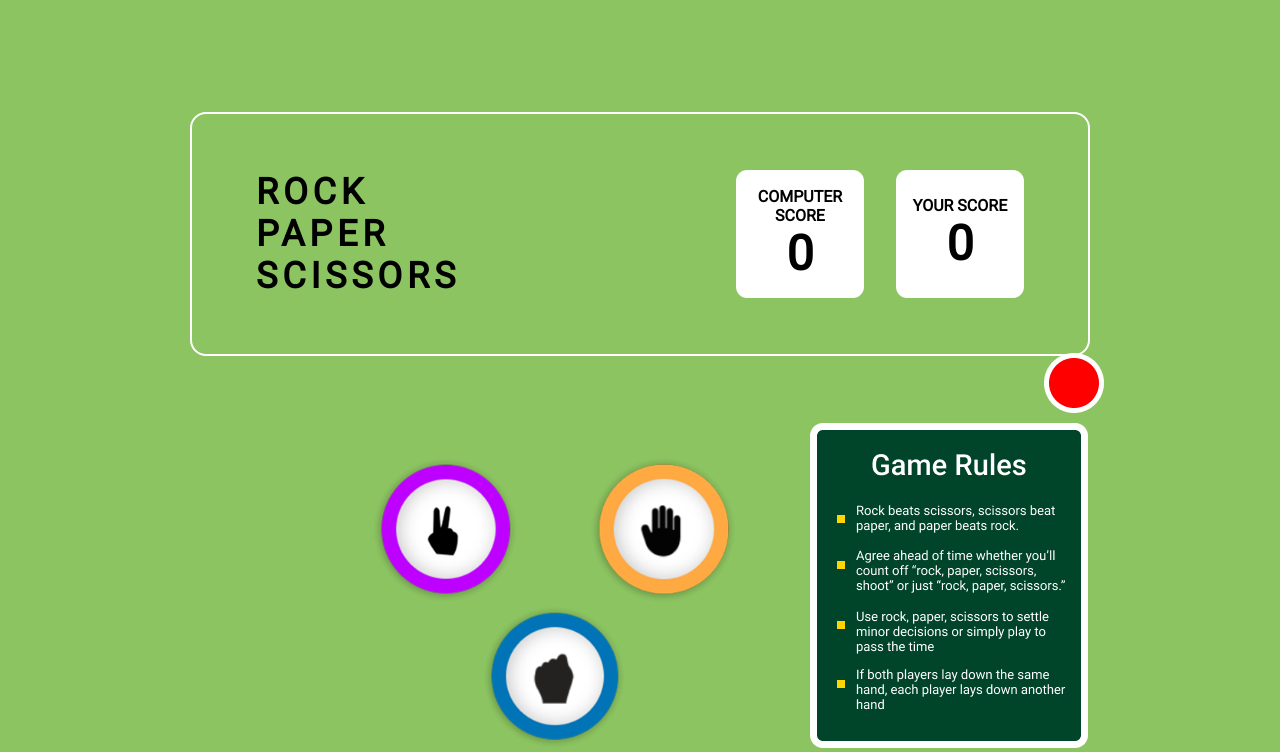
Repository: drumsmanku/Major-module-project-1
Page: index.html
An editor plug-in stored every save of this project. The page is shown before and after the next save, followed by the edit.
The browser window is 1280 px wide. The pictures show the whole page.

Above is the page before, as saved 2023-04-27 13:55:11.

### index.html
<!DOCTYPE html>
<html lang="en">
<head>
  <meta charset="UTF-8">
  <meta http-equiv="X-UA-Compatible" content="IE=edge">
  <meta name="viewport" content="width=device-width, initial-scale=1.0">
  <link rel="stylesheet" href="styles.css">
  <title>Module Project 1 </title>
</head>
<body>
  <div class="main-container">
    <div class="first-container">
      <div class="text">
        <h1>ROCK PAPER SCISSORS</h1>
      </div>
      <div class="two-boxes">
        <div class="computer-score">
          <h4>COMPUTER SCORE</h4>
          <h1>0</h1>
        </div>
        <div class="your-score">
          <h4>YOUR SCORE</h4>
          <h1>0</h1>
        </div>
      </div>

    </div>

    <div class="second-main-container">
      <div class="second-first-main-container">
        <div class="two-buttons">
          <button class="btn-2"><img src="2.png" alt=""></button>
          <button class="btn-3"><img src="3.png" alt=""></button>
        </div>
        <button class="btn-1"> <img src="1.png" alt=""></button>
      </div>
      <div class="second-second-main-container">
        <div class="img-container">
          <img src="4.png" alt="">
          <button><img src="x.png" alt=""></button>
        </div>

      </div>
    </div>
  </div>

  <script src="script.js"></script>
</body>
</html>

### styles.css
@import url('https://fonts.googleapis.com/css2?family=Roboto&display=swap');

*{
  padding: 0;
  margin: 0;
}

body{
  background-color: #8CC461;
}
.main-container{
  display: flex;
  flex-direction: column;
  align-items: center;
}
.first-container{
  height: 7rem;
  width: 60vw;
  border: 2px solid white;
  background: none;
  border-radius: 1rem;
  padding: 4rem;
  display: flex;
  flex-direction: row;
  align-items: center;
  justify-content: space-between;
  margin-top: 7rem;
}
.text{
  height: inherit;
  width: 20%;
  display: flex;
  flex-wrap: wrap;
  flex-direction: column;
  font-family: 'Roboto';
  letter-spacing: 0.3rem;
  font-size: large;
  justify-content: center;
  align-items: center;
}

.computer-score{
  display: flex;
  flex-direction: column;
  height: 8rem;
  width: 8rem;
  flex-wrap: wrap;
  font-family: 'Roboto';
  justify-content: center;
  align-items: center;
  background-color: white;
  text-align: center;
  border-radius: 0.7rem;
}
.computer-score>h1{
  font-weight: 800;
  font-size: 3rem;
}
.your-score{
  display: flex;
  flex-direction: column;
  height: 8rem;
  width: 8rem;
  flex-wrap: wrap;
  font-family: 'Roboto';
  justify-content: center;
  align-items: center;
  background-color: white;
  text-align: center;
  border-radius: 0.7rem;
  margin-left: 2rem;
}
.your-score>h1{
  font-weight: 800;
  font-size: 3rem;
}
.two-boxes{
  display: flex;
  flex-direction: row;
  justify-content: space-between;
}
.second-main-container{
  display: flex;
  flex-direction: row;
  justify-content: flex-end;
  width: 100vw;
}
.second-first-main-container{
  display: flex;
  flex-direction: column;
  justify-content: flex-end;
  align-items: center;
  height: 55vh;
  width: 40vw;
}
.two-buttons{
  width: inherit;
  display: flex;
  flex-direction: row;
  justify-content: space-evenly;
}
.btn-1{
  background: none;
  border:none;
  cursor: pointer;
}
.btn-2{
  background: none;
  border:none;
  cursor: pointer;
}
.btn-3{
  background: none;
  border:none;
  cursor: pointer;
}
.second-first-main-container img{
  width: 9rem;
}

.second-second-main-container{
  display: flex;
  align-items: flex-end;
  margin-right: 12rem;
}
.second-second-main-container .img-container button{
  background: none;
  border: none;
  cursor: pointer;
  z-index: 999;
  position: absolute;
  right: 11rem;
  bottom: 19rem;
}

Loaded but not shown: script.js (no stored copy; drawn as an empty file)

After the next save:
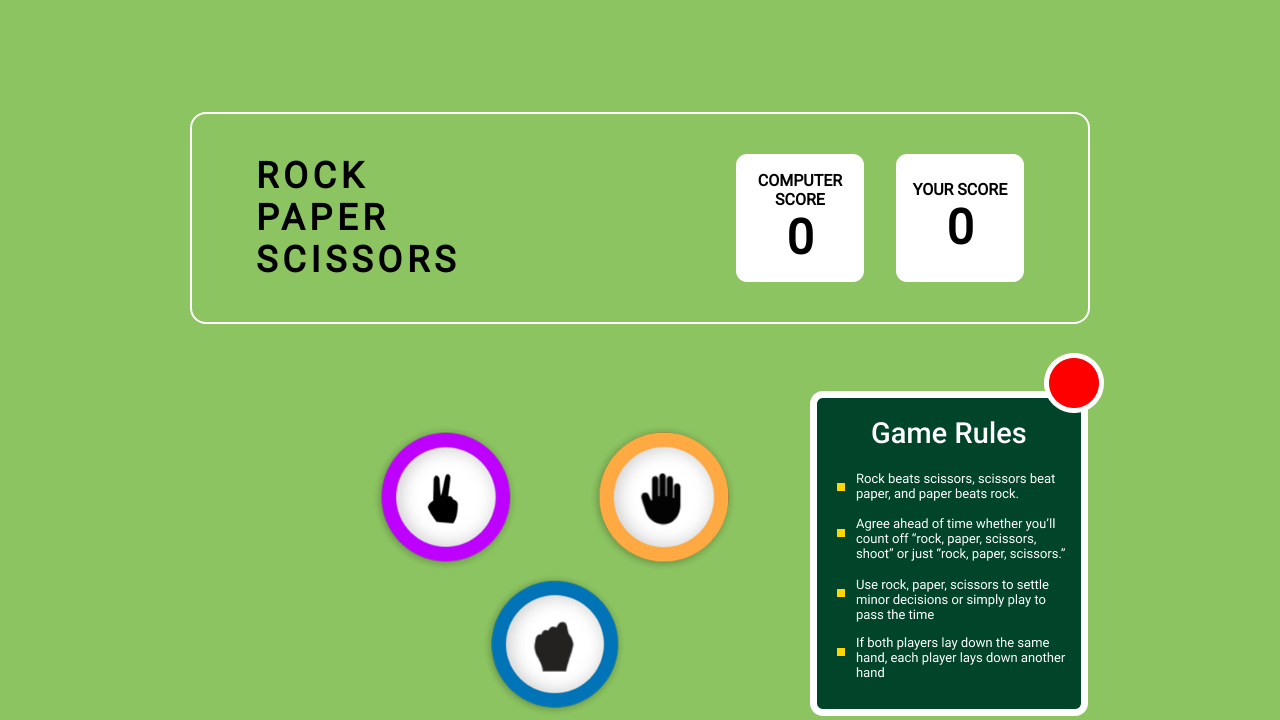
Saved 9 s later.
--- a/styles.css
+++ b/styles.css
@@ -14,7 +14,7 @@ body{
   align-items: center;
 }
 .first-container{
-  height: 7rem;
+  height: 5rem;
   width: 60vw;
   border: 2px solid white;
   background: none;
